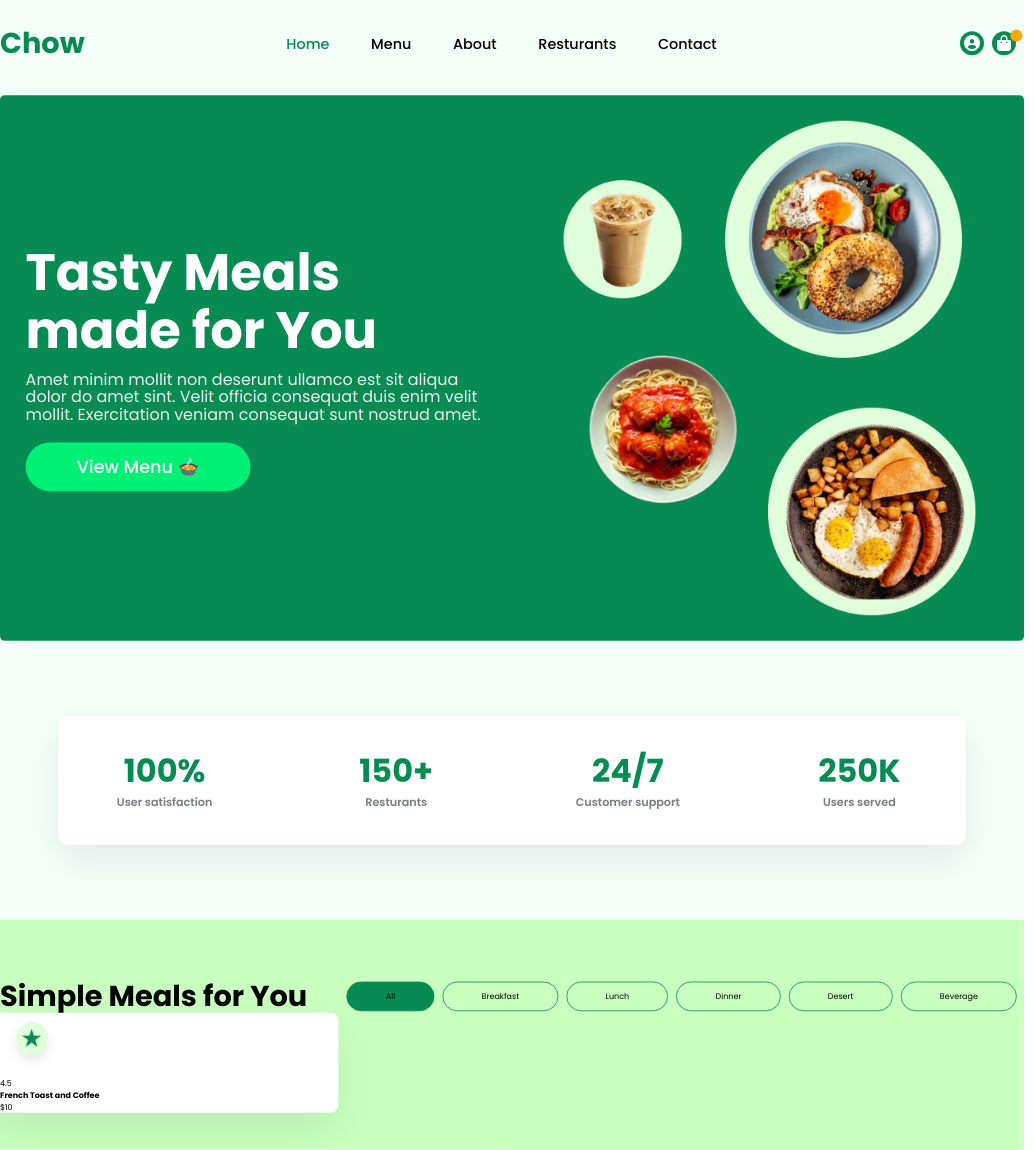
Repository: nguyennam1029/balbal
Page: index.html
An editor plug-in stored every save of this project. The page is shown before and after the next save, followed by the edit.
The browser window is 1280 px wide. The page is 1292 px wide, so the pictures cover 1292 px, including what lies to the right of the window. The pictures show the whole page, at 80% of full size.
Some web libraries are served in a nearby version.

Above is the page before, as saved 2022-07-01 22:07:08.

After the next save:
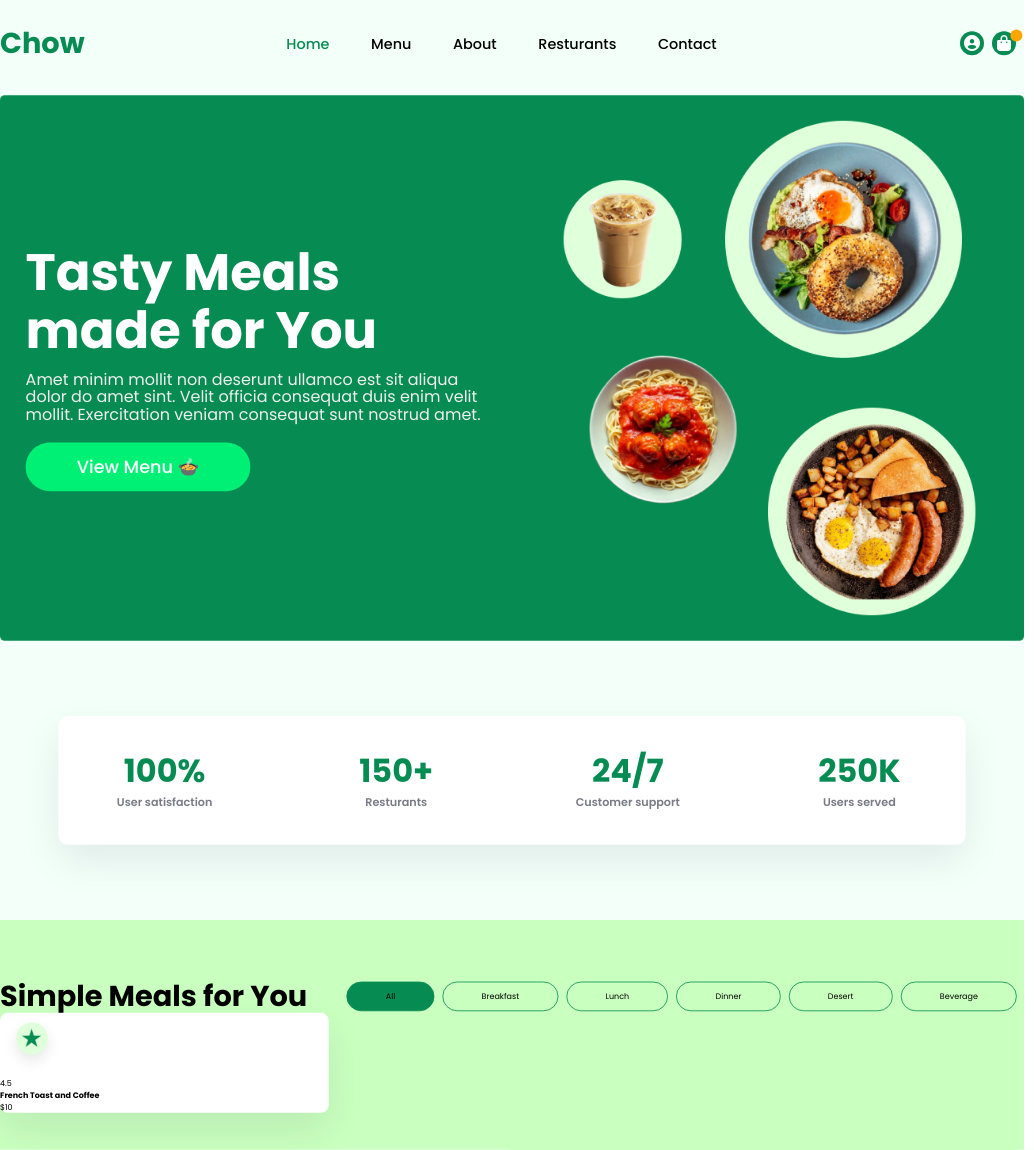
Saved 2 min 21 s later.
--- a/index.html
+++ b/index.html
@@ -117,17 +117,21 @@
               </ul>
             </div>
           </div>
-          <div class="product-list row">
-            <div class="product-item col l-4 m-6 c-12">
-              <div class="product-item--rating">
-                <img src="images/star.png" alt="" />
-                <span>4.5</span>
-              </div>
-              <div class="product-item--content">
-                <h4 class="product-item--name">French Toast and Coffee</h4>
-                <div class="product-item--footer">
-                  <span class="product-item--price">$10</span>
-                  <a href="#" class="product-item--btn"></a>
+          <div class="product-list">
+            <div class="row">
+              <div class="col l-4 m-6 c-12">
+                <div class="product-item">
+                  <div class="product-item--rating">
+                    <img src="images/star.png" alt="" />
+                    <span>4.5</span>
+                  </div>
+                  <div class="product-item--content">
+                    <h4 class="product-item--name">French Toast and Coffee</h4>
+                    <div class="product-item--footer">
+                      <span class="product-item--price">$10</span>
+                      <a href="#" class="product-item--btn"></a>
+                    </div>
+                  </div>
                 </div>
               </div>
             </div>
